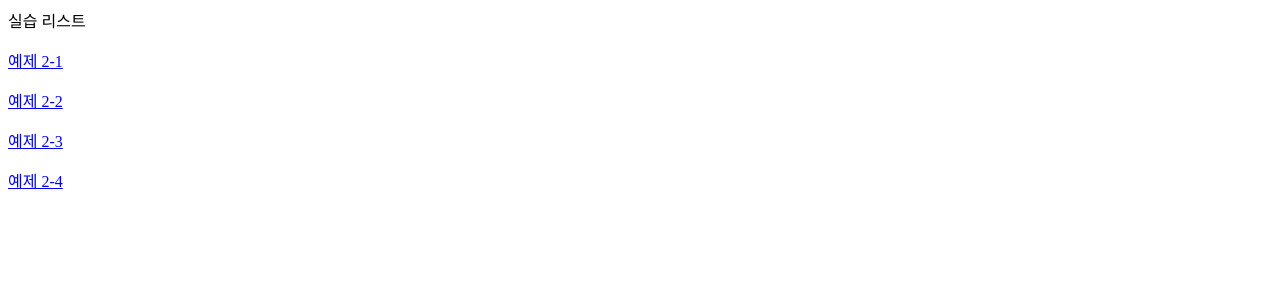
Repository: ezooo/JSP-test
Page: http://localhost/jspbook/
An editor plug-in stored every save of this project. The page is shown before and after the next save, followed by the edit.
The browser window is 1280 px wide. The pictures show the whole page.
The page is served by Tomcat 10.

Above is the page before, as saved 2024-10-08 01:36:46.

After the next save:
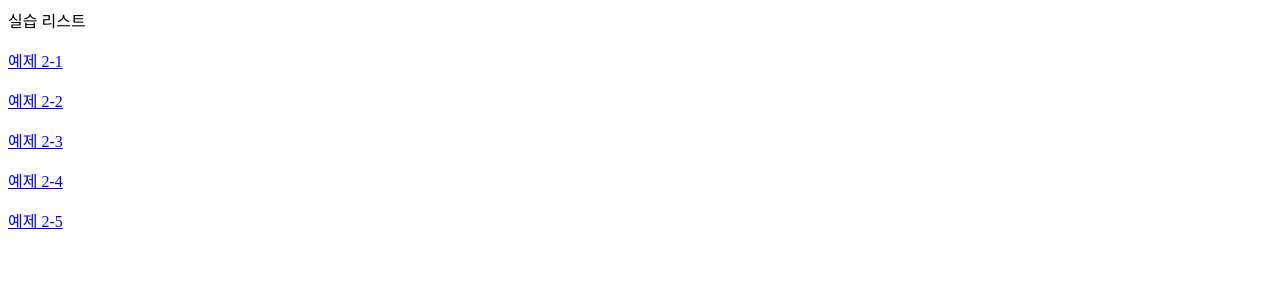
Saved 13 s later.
--- a/jspbook/src/main/webapp/index.jsp
+++ b/jspbook/src/main/webapp/index.jsp
@@ -20,5 +20,8 @@
 	<p>
 		<a href="2_4">예제 2-4</a>
 	</p>
+	<p>
+		<a href="2_5">예제 2-5</a>
+	</p>
 </body>
 </html>
